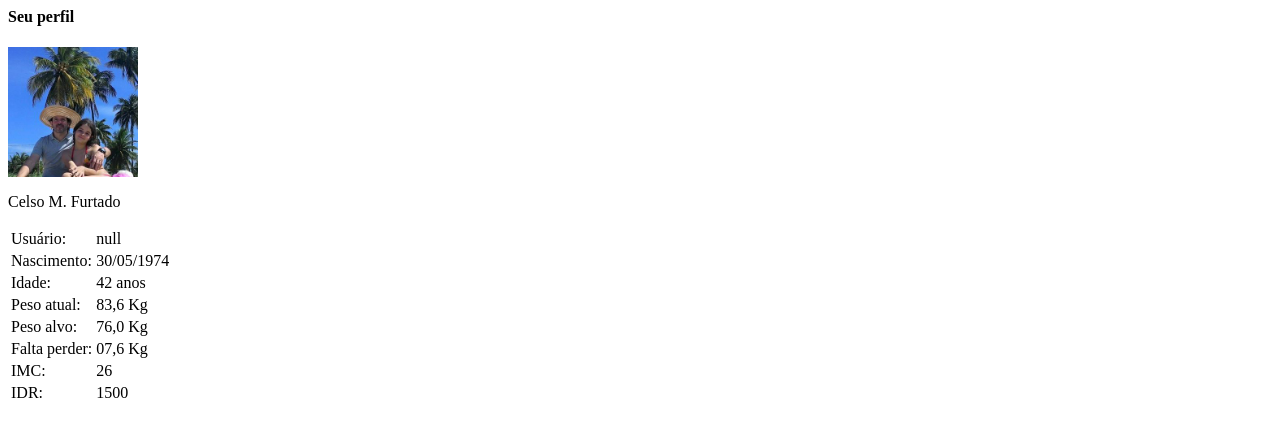
Repository: vinicius-colutti/FatControl-JavaWeb-Project
Page: http://localhost/Final/perfil.jsp
An editor plug-in stored every save of this project. The page is shown before and after the next save, followed by the edit.
The browser window is 1280 px wide. The pictures show the whole page.
The page is served by Tomcat 9. Other server files are loaded and not shown.

Above is the page before, as saved 2016-10-17 00:44:43.

### jee/Final/WebContent/perfil.jsp
<%@ page language="java" contentType="text/html; charset=ISO-8859-1"
	pageEncoding="ISO-8859-1"%>

<!-- CÓDIGO JAVA JSP -->

<%

	String nome = "Celso M. Furtado";
	String dtNasc = "30/05/1974";

%>

<!-- FIM CÓDIGO JAVA JSP -->

<div class="esquerda">
	<h4 class="tituloMenuEsq">Seu perfil</h4>
	<div class="conteudoEsquerdo">
		<p class="imgperfil">
			<img class="imgperfil" src="images/celso.jpg" width="130"
				height="130" al>
		</p>
		<p class="destaque"><%= nome %></p>
		<p>
		<table>
			<tr>
				<td>Usuário:</td>
				<td><%= session.getAttribute("usuario") %></td>
			</tr>
			<tr>
				<td>Nascimento:</td>
				<td><%= dtNasc %></td>
			</tr>
			<tr>
				<td>Idade:</td>
				<td>42 anos</td>
			</tr>
			<tr>
				<td>Peso atual:</td>
				<td>83,6 Kg</td>
			</tr>
			<tr>
				<td>Peso alvo:</td>
				<td>76,0 Kg</td>
			</tr>
			<tr>
				<td>Falta perder:</td>
				<td>07,6 Kg</td>
			</tr>
			<tr>
				<td>IMC:</td>
				<td>26</td>
			</tr>
			<tr>
				<td>IDR:</td>
				<td>1500</td>
			</tr>
		</table>
		</p>
		<p>&nbsp</p>
	</div>
</div>

After the next save:
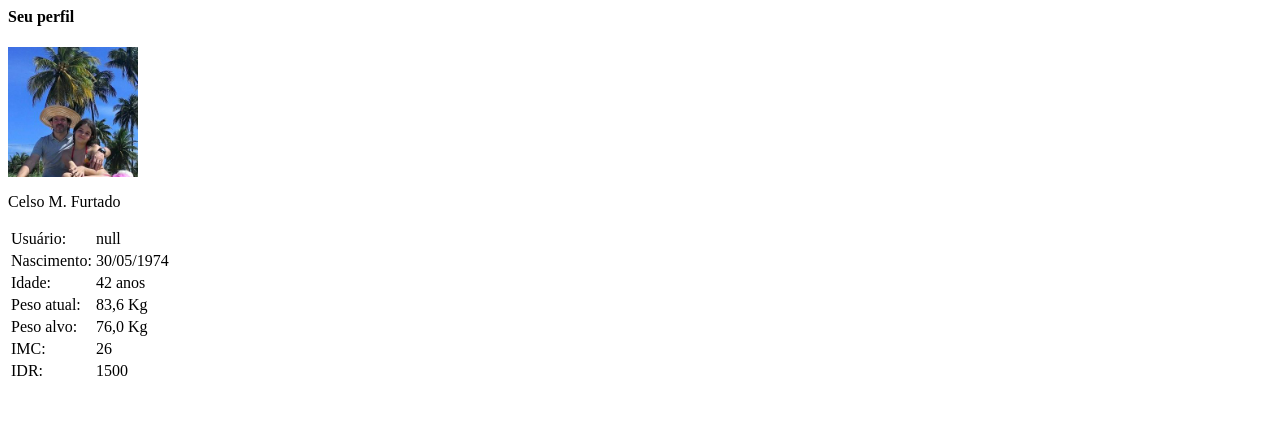
Saved 71 s later.
--- a/jee/Final/WebContent/perfil.jsp
+++ b/jee/Final/WebContent/perfil.jsp
@@ -43,10 +43,6 @@
 				<td>76,0 Kg</td>
 			</tr>
 			<tr>
-				<td>Falta perder:</td>
-				<td>07,6 Kg</td>
-			</tr>
-			<tr>
 				<td>IMC:</td>
 				<td>26</td>
 			</tr>
